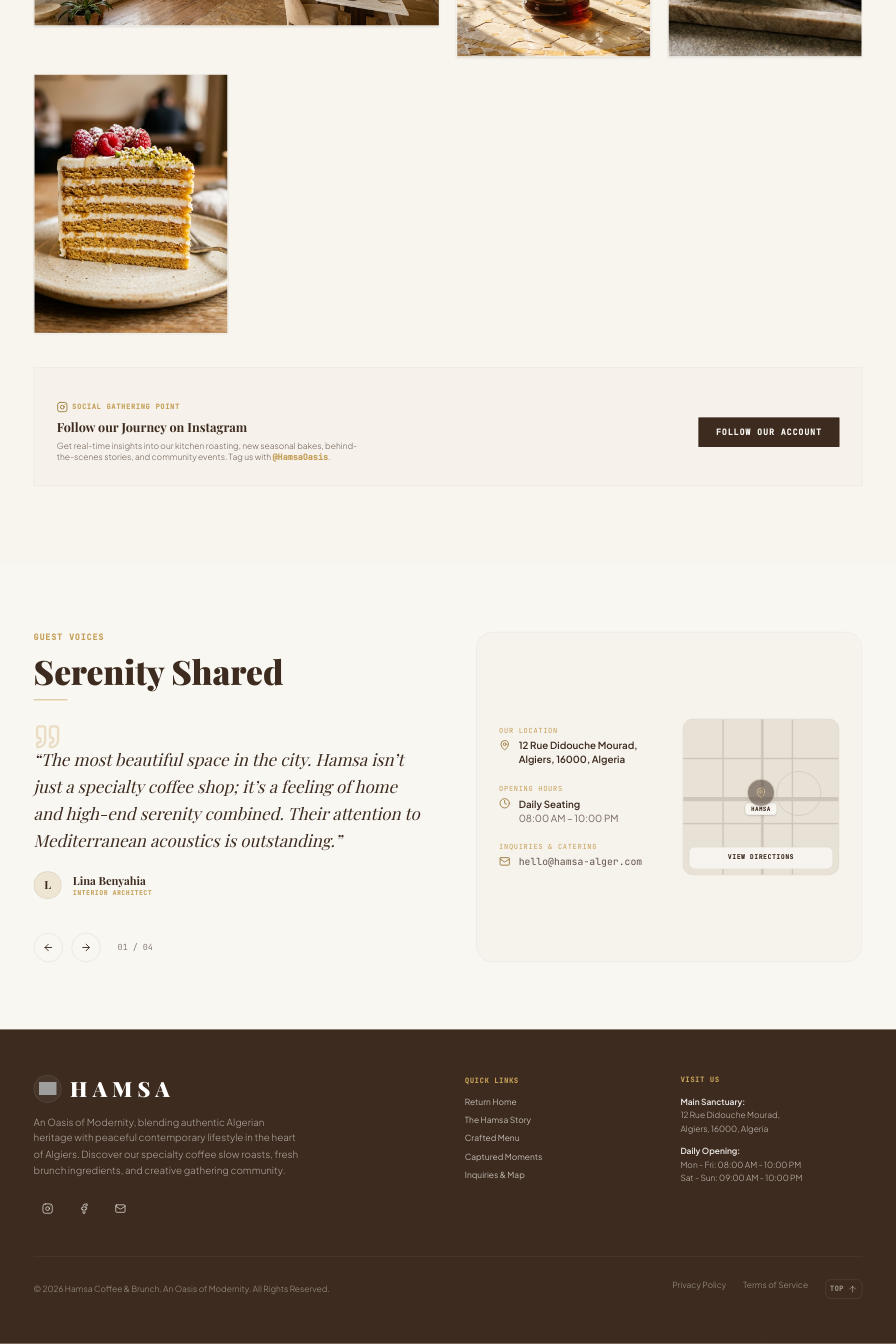
Repository: sehabiissam/hamsa-coffee
Page: /
These files come from the project's save history. The page is drawn as it stood at one moment and after the next save; the edit follows.
The browser window is 1280 px wide. The pictures show the part of the page from y = 3711 to 5631 px (the page is 5631 px tall), at 70% of full size.
Pictures or frames that could not be fetched are drawn as grey boxes. Some web fonts or font styles are not loaded; a fallback is used. The project was rebuilt for these pictures with package versions that can differ from the ones it lists, and the page was loaded fresh each time. Also part of the build but not shown: vite.config.ts, src/components/ContactSection.tsx.

Above is the page before, as saved 2026-06-13 16:41:42.

### index.html
<!doctype html>
<html lang="en">
  <head>
    <meta charset="UTF-8" />
    <meta name="viewport" content="width=device-width, initial-scale=1.0" />
    <meta name="description" content="Hamsa Coffee & Brunch – An Oasis of Modernity in Algeria. Specialty coffee, artisan brunch, and a peaceful sanctuary for community and connection." />
    <meta property="og:title" content="Hamsa Coffee & Brunch | Algeria" />
    <meta property="og:description" content="Experience the premium fusion of traditional Algerian warmth and modern brunch excellence. Specialty coffee, artisan dishes, and a sanctuary for connection." />
    <meta property="og:type" content="website" />
    <meta property="og:url" content="https://hamsacoffee.com" />
    <meta property="og:image" content="https://www.image2url.com/r2/default/images/1781256952135-5d06d409-8c73-4a11-b0ec-98f0924d08d3.png" />
    <link rel="icon" type="image/png" href="https://www.image2url.com/r2/default/images/1781256952135-5d06d409-8c73-4a11-b0ec-98f0924d08d3.png" />
    <title>Hamsa Coffee & Brunch | A Modern Oasis of Hospitality</title>
    <script type="application/ld+json">
    {
      "@context": "https://schema.org",
      "@type": "Restaurant",
      "name": "Hamsa Coffee & Brunch",
      "image": "https://www.image2url.com/r2/default/images/1781256952135-5d06d409-8c73-4a11-b0ec-98f0924d08d3.png",
      "url": "https://hamsacoffee.com",
      "telephone": "+213542734809",
      "servesCuisine": ["Coffee", "Brunch", "Algerian", "Mediterranean"],
      "priceRange": "$$",
      "address": {
        "@type": "PostalAddress",
        "addressLocality": "Algiers",
        "addressCountry": "DZ"
      },
      "geo": {
        "@type": "GeoCoordinates",
        "latitude": "36.1618602",
        "longitude": "1.3284987"
      }
    }
    </script>
  </head>
  <body>
    <div id="root"></div>
    <script type="module" src="/src/main.tsx"></script>
  </body>
</html>

### src/main.tsx
import {StrictMode} from 'react';
import {createRoot} from 'react-dom/client';
import App from './App.tsx';
import './index.css';

createRoot(document.getElementById('root')!).render(
  <StrictMode>
    <App />
  </StrictMode>,
);

### src/index.css
@import url('https://fonts.googleapis.com/css2?family=Playfair+Display:ital,wght@0,400..900;1,400..900&family=Plus+Jakarta+Sans:wght@300;400;500;600;700&family=JetBrains+Mono:wght@300;400;500&display=swap');
@import "tailwindcss";

@layer base {
  :root {
    --color-cream: #F9F7F2;
    --color-beige: #E8E2D6;
    --color-sand: rgba(61, 43, 31, 0.1);
    --color-sand-dark: #C5A059;
    --color-espresso: #3D2B1F;
    --color-charcoal: #1A1A1A;
    --color-gold: #C5A059;
    --color-gold-light: #F0E9DC;
  }

  body {
    background-color: var(--color-cream);
    color: var(--color-espresso);
    font-family: 'Plus Jakarta Sans', sans-serif;
    overflow-x: hidden;
  }

  h1, h2, h3, h4, h5, h6 {
    font-family: 'Playfair Display', serif;
  }

  .font-mono {
    font-family: 'JetBrains Mono', monospace;
  }
}

@theme {
  --font-sans: "Plus Jakarta Sans", ui-sans-serif, system-ui, sans-serif;
  --font-serif: "Playfair Display", ui-serif, Georgia, serif;
  --font-mono: "JetBrains Mono", ui-monospace, SFMono-Regular, monospace;

  --color-cream: #F9F7F2;
  --color-beige: #E8E2D6;
  --color-sand: rgba(61, 43, 31, 0.1);
  --color-sand-dark: #C5A059;
  --color-espresso: #3D2B1F;
  --color-charcoal: #1A1A1A;
  --color-gold: #C5A059;
  --color-gold-muted: #9C7C3C;
  --color-gold-light: #F0E9DC;
}

/* Custom scrollbar to keep layout premium */
::-webkit-scrollbar {
  width: 6px;
}
::-webkit-scrollbar-track {
  background: #FDFBF7;
}
::-webkit-scrollbar-thumb {
  background: #C6AC8F;
  border-radius: 3px;
}
::-webkit-scrollbar-thumb:hover {
  background: #2C1A11;
}

/* Smooth motion elements */
.smooth-transition {
  transition: all 0.5s cubic-bezier(0.16, 1, 0.3, 1);
}

/* Soft gold glow */
.gold-glow {
  box-shadow: 0 0 15px rgba(212, 175, 55, 0.15);
}

.gold-border {
  border-color: rgba(212, 175, 55, 0.2);
}

/* Infinite Marquee Scrolling */
@keyframes marquee {
  0% { transform: translateX(0); }
  100% { transform: translateX(-50%); }
}

.animate-marquee {
  display: flex;
  width: max-content;
  animation: marquee 35s linear infinite;
}

### src/components/Features.tsx
/**
 * @license
 * SPDX-License-Identifier: Apache-2.0
 */

import { Coffee, GraduationCap, Compass, HelpCircle, Heart, Zap, Sparkles } from 'lucide-react';
import { motion } from 'motion/react';

export default function Features() {
  const cards = [
    {
      icon: Coffee,
      title: 'Direct Trade Beans',
      desc: 'We buy directly from high-altitude farmers in North Africa, East Africa, and Latin America, paying an average of 45% above Fair Trade rates to ensure ethical crops and unmatched micro-lot quality.',
    },
    {
      icon: Zap,
      title: 'Creative Hub',
      desc: 'An inspiring, sunlit environment meticulously arranged for modern nomads and creative minds. Features high-speed fiber-optic connections, abundant charging docks, and quiet acoustic zones.',
    },
    {
      icon: Compass,
      title: 'Sensory Design',
      desc: 'From custom-engineered acoustics that dampen chatter noise, to signature diffuses of orange blossom and jasmine oil, every corner is curated to provide a centering rest space.',
    },
  ];

  return (
    <section className="relative py-20 lg:py-24 bg-espresso text-cream overflow-hidden">
      {/* Tiny light particles background */}
      <div className="absolute inset-0 bg-[radial-gradient(ellipse_at_center,_var(--tw-gradient-stops))] from-charcoal/30 via-transparent to-transparent pointer-events-none" />

      {/* Traditional tile geometry lines in the background */}
      <div className="absolute top-0 bottom-0 left-0 right-0 opacity-[0.02] bg-[linear-gradient(rgba(253,251,247,0.1)_1px,transparent_1px),linear-gradient(90deg,rgba(253,251,247,0.1)_1px,transparent_1px)] bg-[size:48px_48px] pointer-events-none" />

      <div className="max-w-7xl mx-auto px-6 md:px-12 relative z-10">

        <div className="grid grid-cols-1 lg:grid-cols-12 gap-12 items-center">

          {/* Left block title */}
          <div className="lg:col-span-4 text-left space-y-4">
            <span className="font-mono text-xs text-gold tracking-widest uppercase font-semibold flex items-center gap-2">
              <Sparkles className="w-3.5 h-3.5" /> Est. 2024
            </span>
            <h2 className="font-serif text-3xl sm:text-4xl lg:text-5xl font-black text-white leading-tight">
              Why We Are <br />
              <span className="text-gold italic font-normal">Different</span>
            </h2>
            <p className="text-cream/70 text-sm md:text-base font-light leading-relaxed">
              Our uncompromising commitment to exceptional craftsmanship goes far beyond basic roasting. We cultivate an upscale space where North African culture and sensory modern luxury intersect beautifully.
            </p>
          </div>

          {/* Right cards grid */}
          <div className="lg:col-span-8 grid grid-cols-1 md:grid-cols-3 gap-6">
            {cards.map((card, idx) => {
              const IconComp = card.icon;
              return (
                <motion.div
                  key={idx}
                  initial={{ opacity: 0, y: 30 }}
                  whileInView={{ opacity: 1, y: 0 }}
                  viewport={{ once: true, margin: '-50px' }}
                  transition={{ duration: 0.6, delay: idx * 0.15 }}
                  className="bg-charcoal/40 border border-sand/10 p-6 md:p-8 rounded-2xl text-left hover:border-gold/30 hover:bg-charcoal/60 smooth-transition flex flex-col justify-between group h-full relative"
                >
                  {/* Glowing gold dot trend */}
                  <div className="absolute top-4 right-4 w-1.5 h-1.5 rounded-full bg-gold/10 group-hover:bg-gold opacity-0 group-hover:opacity-100 smooth-transition" />

                  <div className="space-y-4">
                    <div className="w-12 h-12 bg-cream/5 rounded-xl border border-sand/10 text-gold flex items-center justify-center group-hover:bg-gold group-hover:text-espresso smooth-transition">
                      <IconComp className="w-5 h-5" />
                    </div>
                    <h3 className="font-serif text-lg font-bold text-white group-hover:text-gold smooth-transition">
                      {card.title}
                    </h3>
                    <p className="text-cream/60 group-hover:text-cream/90 text-xs md:text-sm leading-relaxed font-light smooth-transition">
                      {card.desc}
                    </p>
                  </div>
                </motion.div>
              );
            })}
          </div>

        </div>

      </div>
    </section>
  );
}

### src/components/MobileDock.tsx
/**
 * @license
 * SPDX-License-Identifier: Apache-2.0
 */

import { Home, Coffee, Image, MapPin, Calendar } from 'lucide-react';
import { Page } from '../types';

interface MobileDockProps {
  currentPage: Page;
  setCurrentPage: (page: Page) => void;
  onOpenReservation: () => void;
}

export default function MobileDock({ currentPage, setCurrentPage, onOpenReservation }: MobileDockProps) {
  const dockItems: { label: string; page: Page; icon: any }[] = [
    { label: 'HOME', page: 'home', icon: Home },
    { label: 'MENU', page: 'menu', icon: Coffee },
    { label: 'GALLERY', page: 'gallery', icon: Image },
    { label: 'VISIT', page: 'contact', icon: MapPin },
  ];

  const handleDockClick = (page: Page) => {
    setCurrentPage(page);
    window.scrollTo({ top: 0, behavior: 'smooth' });
  };

  return (
    <div className="md:hidden fixed bottom-6 left-4 right-4 z-40 bg-charcoal/95 backdrop-blur-md border border-white/10 rounded-2xl p-3 px-4 shadow-2xl flex justify-between items-center max-w-md mx-auto">
      {/* Home & Menu Left Actions */}
      <div className="flex gap-4 items-center w-5/12 justify-around">
        {dockItems.slice(0, 2).map(item => {
          const IconComp = item.icon;
          const isActive = currentPage === item.page;
          return (
            <button
              key={item.page}
              onClick={() => handleDockClick(item.page)}
              className="flex flex-col items-center gap-1 cursor-pointer"
            >
              <IconComp className={`w-5 h-5 smooth-transition ${isActive ? 'text-gold' : 'text-cream/55'}`} />
              <span className={`text-[8px] font-mono tracking-widest font-bold ${isActive ? 'text-gold' : 'text-cream/40'}`}>
                {item.label}
              </span>
            </button>
          );
        })}
      </div>

      {/* Raised Centerpiece Gilded Reservation Button (Matches exactly from Reference Image 3) */}
      <div className="absolute -top-5 left-1/2 -translate-x-1/2 flex flex-col items-center z-10">
        <button
          onClick={onOpenReservation}
          className="w-14 h-14 bg-cream text-espresso rounded-full border-4 border-charcoal hover:border-gold shadow-lg flex items-center justify-center p-3 cursor-pointer group smooth-transition active:scale-95"
          aria-label="Secure table seating"
        >
          <Calendar className="w-5 h-5 text-gold-muted group-hover:scale-105 smooth-transition" />
        </button>
        <span className="text-[7px] font-mono tracking-widest font-black text-gold uppercase mt-1">
          BOOK
        </span>
      </div>

      {/* Spacer so floating button doesn't block text labels */}
      <div className="w-2/12" />

      {/* Gallery & Visit Right Actions */}
      <div className="flex gap-4 items-center w-5/12 justify-around">
        {dockItems.slice(2).map(item => {
          const IconComp = item.icon;
          const isActive = currentPage === item.page;
          return (
            <button
              key={item.page}
              onClick={() => handleDockClick(item.page)}
              className="flex flex-col items-center gap-1 cursor-pointer"
            >
              <IconComp className={`w-5 h-5 smooth-transition ${isActive ? 'text-gold' : 'text-cream/55'}`} />
              <span className={`text-[8px] font-mono tracking-widest font-bold ${isActive ? 'text-gold' : 'text-cream/40'}`}>
                {item.label}
              </span>
            </button>
          );
        })}
      </div>
    </div>
  );
}

### src/components/Footer.tsx
/**
 * @license
 * SPDX-License-Identifier: Apache-2.0
 */

import { Page } from '../types';
import { ArrowUp, Instagram, Facebook, Mail, Sparkles } from 'lucide-react';
import { IMAGE_HAMSA_LOGO } from '../data';

interface FooterProps {
  setCurrentPage: (page: Page) => void;
}

export default function Footer({ setCurrentPage }: FooterProps) {
  const handleNav = (page: Page) => {
    setCurrentPage(page);
    window.scrollTo({ top: 0, behavior: 'smooth' });
  };

  const handleScrollTop = () => {
    window.scrollTo({ top: 0, behavior: 'smooth' });
  };

  return (
    <footer className="bg-espresso text-cream border-t border-sand-dark/15 pt-16 pb-24 md:pb-16 relative overflow-hidden text-left">
      {/* Decorative vertical lines */}
      <div className="absolute top-0 bottom-0 left-[10%] w-[1px] bg-white/[0.02] pointer-events-none" />
      <div className="absolute top-0 bottom-0 right-[15%] w-[1px] bg-white/[0.02] pointer-events-none" />

      <div className="max-w-7xl mx-auto px-6 md:px-12 relative z-10 space-y-12">
        <div className="grid grid-cols-1 md:grid-cols-4 gap-12">

          {/* Logo & Philosophy */}
          <div className="space-y-4 md:col-span-2 max-w-sm">
            <div className="flex items-center gap-3">
              <div className="w-10 h-10 rounded-full border border-white/10 overflow-hidden flex items-center justify-center p-1.5 bg-white/5">
                <img
                  src={IMAGE_HAMSA_LOGO}
                  alt="Hamsa logo icon"
                  className="w-full h-full object-contain"
                  referrerPolicy="no-referrer"
                />
              </div>
              <span className="font-serif text-3xl font-black text-white tracking-[0.25em]">HAMSA</span>
            </div>
            <p className="text-cream/60 text-xs md:text-sm font-light leading-relaxed">
              An Oasis of Modernity, blending authentic Algerian heritage with peaceful contemporary lifestyle in the heart of Algiers. Discover our specialty coffee slow roasts, fresh brunch ingredients, and creative gathering community.
            </p>

            {/* Social links */}
            <div className="flex gap-3 pt-2">
              <a
                href="https://instagram.com"
                target="_blank"
                rel="noreferrer"
                className="w-10 h-10 rounded-full border border-sand/15 hover:border-gold hover:bg-gold hover:text-espresso flex items-center justify-center smooth-transition text-cream/70"
                aria-label="Hamsa Instagram link"
              >
                <Instagram className="w-4 h-4" />
              </a>
              <a
                href="https://facebook.com"
                target="_blank"
                rel="noreferrer"
                className="w-10 h-10 rounded-full border border-sand/15 hover:border-gold hover:bg-gold hover:text-espresso flex items-center justify-center smooth-transition text-cream/70"
                aria-label="Hamsa Facebook link"
              >
                <Facebook className="w-4 h-4" />
              </a>
              <a
                href="mailto:hello@hamsa-alger.com"
                className="w-10 h-10 rounded-full border border-sand/15 hover:border-gold hover:bg-gold hover:text-espresso flex items-center justify-center smooth-transition text-cream/70"
                aria-label="Email Hamsa cafe team"
              >
                <Mail className="w-4 h-4" />
              </a>
            </div>
          </div>

          {/* Quick shortcuts links */}
          <div className="space-y-4">
            <h4 className="font-mono text-[10px] text-gold tracking-widest uppercase font-semibold">Quick Links</h4>
            <div className="flex flex-col gap-2.5 text-xs text-cream/70">
              <button onClick={() => handleNav('home')} className="hover:text-gold text-left smooth-transition cursor-pointer">
                Return Home
              </button>
              <button onClick={() => handleNav('about')} className="hover:text-gold text-left smooth-transition cursor-pointer">
                The Hamsa Story
              </button>
              <button onClick={() => handleNav('menu')} className="hover:text-gold text-left smooth-transition cursor-pointer">
                Crafted Menu
              </button>
              <button onClick={() => handleNav('gallery')} className="hover:text-gold text-left smooth-transition cursor-pointer">
                Captured Moments
              </button>
              <button onClick={() => handleNav('contact')} className="hover:text-gold text-left smooth-transition cursor-pointer">
                Inquiries & Map
              </button>
            </div>
          </div>

          {/* Location info */}
          <div className="space-y-4 text-xs">
            <h4 className="font-mono text-[10px] text-gold tracking-widest uppercase font-semibold">Visit Us</h4>
            <address className="not-italic space-y-3 font-light text-cream/70 leading-relaxed">
              <p>
                <span className="font-semibold block text-white/90">Main Sanctuary:</span>
                12 Rue Didouche Mourad, <br />
                Algiers, 16000, Algeria
              </p>
              <p>
                <span className="font-semibold block text-white/90">Daily Opening:</span>
                Mon - Fri: 08:00 AM - 10:00 PM <br />
                Sat - Sun: 09:00 AM - 10:00 PM
              </p>
            </address>
          </div>

        </div>

        {/* Bottom index bar */}
        <div className="pt-8 border-t border-white/[0.06] flex flex-col sm:flex-row justify-between items-center gap-6 text-xs text-cream/50 font-light">
          <div>
            <span>&copy; 2026 Hamsa Coffee &amp; Brunch. An Oasis of Modernity. All Rights Reserved.</span>
          </div>

          <div className="flex gap-6">
            <a href="#privacy" className="hover:text-gold smooth-transition">Privacy Policy</a>
            <a href="#terms" className="hover:text-gold smooth-transition">Terms of Service</a>

            <button
              onClick={handleScrollTop}
              className="p-1.5 border border-white/10 hover:border-gold hover:bg-gold hover:text-espresso rounded-lg smooth-transition cursor-pointer hidden md:flex items-center gap-1.5 text-[10px] font-mono tracking-wider uppercase font-black"
            >
              Top <ArrowUp className="w-3.5 h-3.5" />
            </button>
          </div>
        </div>
      </div>
    </footer>
  );
}

Loaded but not shown: src/components/ReservationModal.tsx (449 lines, source omitted); src/components/MenuSection.tsx (373 lines, source omitted); src/components/GallerySection.tsx (226 lines, source omitted); src/data.ts (266 lines, source omitted); src/components/Hero.tsx (205 lines, source omitted); src/components/Testimonials.tsx (175 lines, source omitted); src/App.tsx (188 lines, source omitted); src/components/Navbar.tsx (182 lines, source omitted); src/components/About.tsx (107 lines, source omitted)

After the next save:
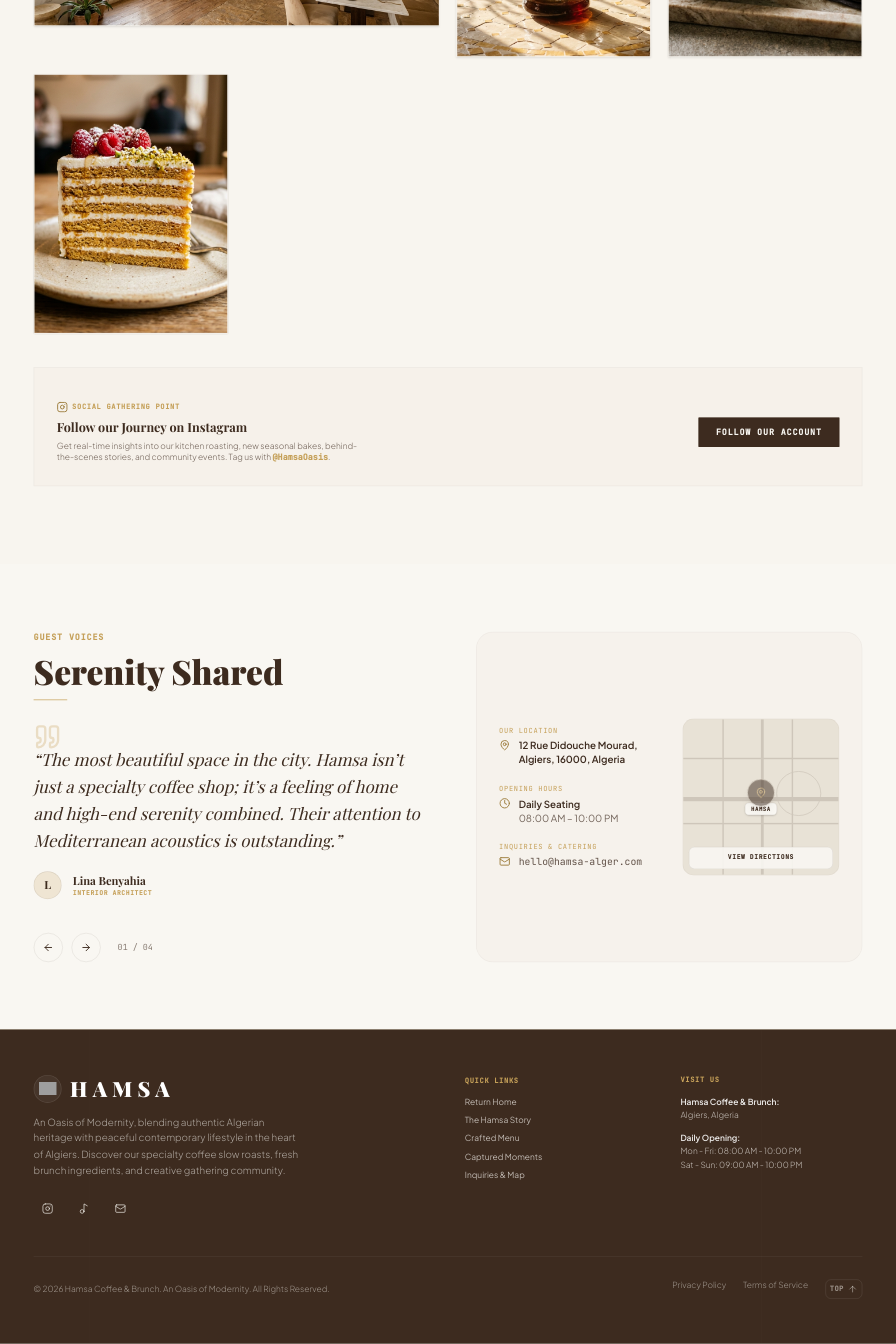
Saved 50 s later.
--- a/src/components/Footer.tsx
+++ b/src/components/Footer.tsx
@@ -4,7 +4,7 @@
  */
 
 import { Page } from '../types';
-import { ArrowUp, Instagram, Facebook, Mail, Sparkles } from 'lucide-react';
+import { ArrowUp, Instagram, Music2, Mail, Sparkles } from 'lucide-react';
 import { IMAGE_HAMSA_LOGO } from '../data';
 
 interface FooterProps {
@@ -50,22 +50,22 @@
             {/* Social links */}
             <div className="flex gap-3 pt-2">
               <a
-                href="https://instagram.com"
+                href="https://www.instagram.com/hamsa_coffee_brunch/"
                 target="_blank"
                 rel="noreferrer"
                 className="w-10 h-10 rounded-full border border-sand/15 hover:border-gold hover:bg-gold hover:text-espresso flex items-center justify-center smooth-transition text-cream/70"
-                aria-label="Hamsa Instagram link"
+                aria-label="Hamsa Coffee Instagram"
               >
                 <Instagram className="w-4 h-4" />
               </a>
               <a
-                href="https://facebook.com"
+                href="https://www.tiktok.com/@hamsa.coffee.brunch"
                 target="_blank"
                 rel="noreferrer"
                 className="w-10 h-10 rounded-full border border-sand/15 hover:border-gold hover:bg-gold hover:text-espresso flex items-center justify-center smooth-transition text-cream/70"
-                aria-label="Hamsa Facebook link"
+                aria-label="Hamsa Coffee TikTok"
               >
-                <Facebook className="w-4 h-4" />
+                <Music2 className="w-4 h-4" />
               </a>
               <a
                 href="mailto:hello@hamsa-alger.com"
@@ -104,9 +104,8 @@
             <h4 className="font-mono text-[10px] text-gold tracking-widest uppercase font-semibold">Visit Us</h4>
             <address className="not-italic space-y-3 font-light text-cream/70 leading-relaxed">
               <p>
-                <span className="font-semibold block text-white/90">Main Sanctuary:</span>
-                12 Rue Didouche Mourad, <br />
-                Algiers, 16000, Algeria
+                <span className="font-semibold block text-white/90">Hamsa Coffee & Brunch:</span>
+                Algiers, Algeria
               </p>
               <p>
                 <span className="font-semibold block text-white/90">Daily Opening:</span>
